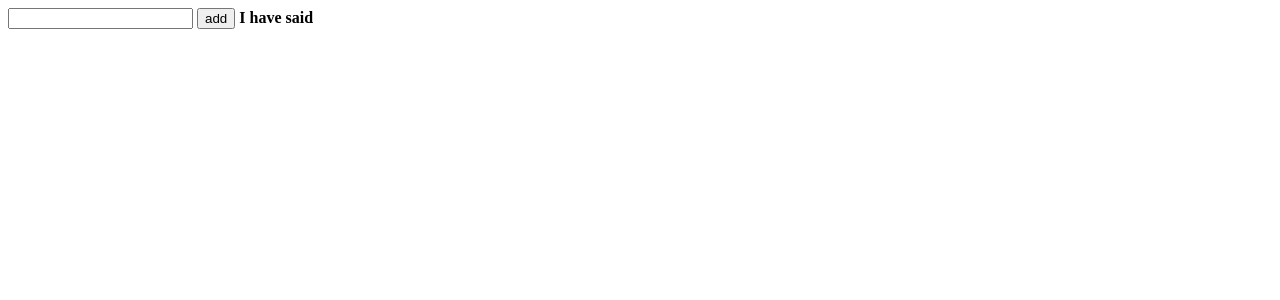
Repository: hafielyr/Mitrais-JavaServlet3Exercise
Page: http://localhost/ServletProject4/Servlet
An editor plug-in stored every save of this project. The page is shown before and after the next save, followed by the edit.
The browser window is 1280 px wide. The pictures show the whole page.
The page is served by Tomcat 9.

Above is the page before, as saved 2017-04-21 02:07:49.

### project4-exercise/ServletProject4/WebContent/hello.jsp
<%@ page language="java" contentType="text/html; charset=ISO-8859-1"
    pageEncoding="ISO-8859-1"%>
<!DOCTYPE html PUBLIC "-//W3C//DTD HTML 4.01 Transitional//EN" "http://www.w3.org/TR/html4/loose.dtd">
<html>
<head>
<meta http-equiv="Content-Type" content="text/html; charset=ISO-8859-1">
<title>Insert title here</title>
</head>
<body>
<% String hello= (String) session.getAttribute("greeting"); %>
<input type="text" id="add" />
<input type="submit" value="add">
<b>I have said</b>
</body>
</html>

### project4-exercise/ServletProject4/src/ServletPackage/Servlet.java
package ServletPackage;

import java.io.IOException;
import javax.servlet.ServletException;
import javax.servlet.annotation.WebServlet;
import javax.servlet.http.HttpServlet;
import javax.servlet.http.HttpServletRequest;
import javax.servlet.http.HttpServletResponse;

/**
 * Servlet implementation class Servlet
 */
@WebServlet("/Servlet")
public class Servlet extends HttpServlet {
	private static final long serialVersionUID = 1L;

	/**
	 * @see HttpServlet#doGet(HttpServletRequest request, HttpServletResponse response)
	 */
	protected void doGet(HttpServletRequest request, HttpServletResponse response) throws ServletException, IOException {
		// TODO Auto-generated method stub
		request.getSession().setAttribute("greeting", "hello");
		request.getRequestDispatcher("/hello.jsp").forward(request, response);
	}

}

After the next save:
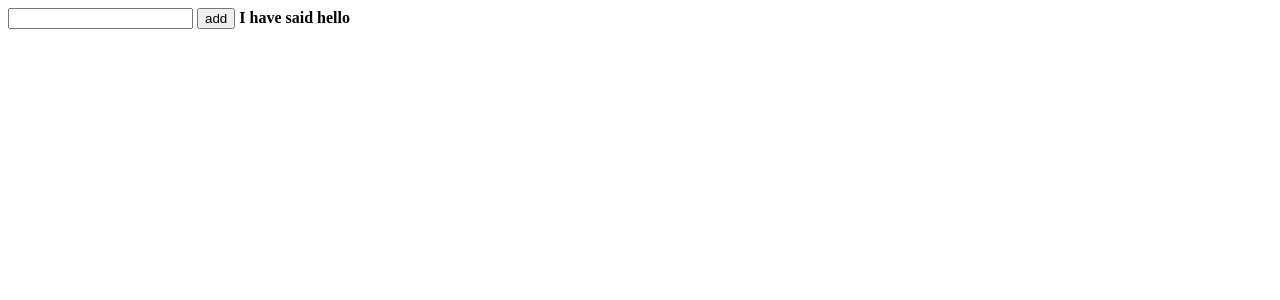
Saved 1 s later.
--- a/project4-exercise/ServletProject4/WebContent/hello.jsp
+++ b/project4-exercise/ServletProject4/WebContent/hello.jsp
@@ -10,6 +10,6 @@
 <% String hello= (String) session.getAttribute("greeting"); %>
 <input type="text" id="add" />
 <input type="submit" value="add">
-<b>I have said</b>
+<b>I have said <%= hello %></b>
 </body>
 </html>
